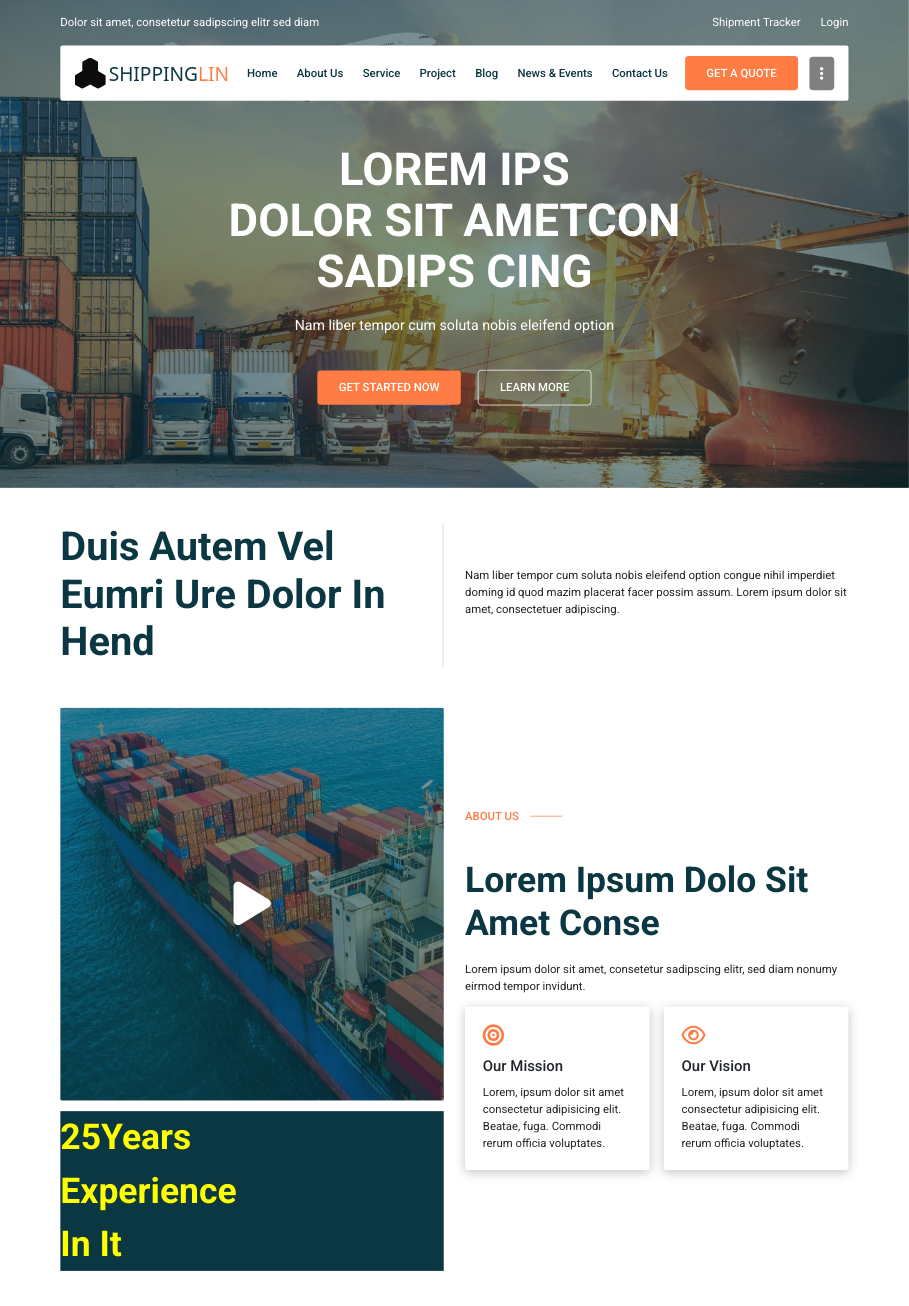
Repository: nazmulalok/shipping-template
Page: index.html
These files come from the project's save history. The page is drawn as it stood at one moment and after the next save; the edit follows.
The browser window is 1280 px wide. The pictures show the whole page, at 71% of full size.
Some web libraries are served in a nearby version.

Above is the page before, as saved 2022-10-08 18:56:53.

### index.html
<!DOCTYPE html>
<html lang="en">

    <head>
        <meta charset="UTF-8">
        <meta http-equiv="X-UA-Compatible" content="IE=edge">
        <meta name="viewport" content="width=device-width, initial-scale=1.0">
        <link rel="preconnect" href="https://fonts.googleapis.com">
        <link rel="preconnect" href="https://fonts.gstatic.com" crossorigin>
        <link
            href="https://fonts.googleapis.com/css2?family=Roboto:ital,wght@0,300;0,400;0,500;0,700;0,900;1,300;1,400;1,500;1,700;1,900&display=swap"
            rel="stylesheet">
        <link rel="stylesheet" href="https://cdnjs.cloudflare.com/ajax/libs/font-awesome/6.2.0/css/all.min.css"
            integrity="sha512-xh6O/CkQoPOWDdYTDqeRdPCVd1SpvCA9XXcUnZS2FmJNp1coAFzvtCN9BmamE+4aHK8yyUHUSCcJHgXloTyT2A=="
            crossorigin="anonymous" referrerpolicy="no-referrer" />
        <link rel="stylesheet" href="https://cdn.jsdelivr.net/npm/bootstrap@4.0.0/dist/css/bootstrap.min.css"
            integrity="sha384-Gn5384xqQ1aoWXA+058RXPxPg6fy4IWvTNh0E263XmFcJlSAwiGgFAW/dAiS6JXm" crossorigin="anonymous">
        <link rel="stylesheet" href="style.css">
        <title>Document</title>
    </head>

    <body>
        <header class="header-top">
            <div class="container">
                <div class="top-bar">
                    <p class="m-0">Dolor sit amet, consetetur sadipscing elitr sed diam</p>
                    <div>
                        <span class="mr-4">Shipment Tracker</span>
                        <span>Login</span>
                    </div>
                </div>
                <div class="header-area">
                    <div class="logo">
                        <img src="images/box.svg" alt="Logo Box" class="me-2">
                        <img src="images/shipping-logo.svg" alt="Shipping Logo">
                    </div>
                    <nav>
                        <ul>
                            <li><a href="#">Home</a></li>
                            <li><a href="#">About Us</a></li>
                            <li><a href="#">Service</a></li>
                            <li><a href="#">Project</a></li>
                            <li><a href="#">Blog</a></li>
                            <li><a href="#">News & Events</a></li>
                            <li><a href="#">Contact Us</a></li>
                        </ul>
                    </nav>
                    <div class="nav-btn">
                        <a class="common-btn mr-3" href="#">Get A Quote</a>
                        <i class="fa-solid fa-ellipsis-vertical"></i>
                    </div>
                </div>
            </div>
        </header>
        <!-- Slider -->
        <section>
            <div class="main-slider">
                <div class="container">
                    <div class="slide-content">
                        <div class="slide-text">
                            <div class="slider-title mb-4">Lorem ips<br>
                                dolor sit ametcon<br>
                                sadips cing</div>
                            <p>Nam liber tempor cum soluta nobis eleifend option</p>
                            <div class="sliderBtn mt-5"><a class="common-btn mr-4" href="#">Get Started Now</a><a
                                    class="common-btn outline-btn" href="#">Learn More</a></div>
                        </div>
                    </div>
                </div>
            </div>
        </section>
        <!-- Slider Ends -->
        <div class="common-sec">
            <div class="container">
                <div class="row align-items-center">
                    <div class="col-lg-6">
                        <h1 class="border-heading">Duis Autem Vel Eumri
                            Ure Dolor In Hend</h1>
                    </div>
                    <div class="col-lg-6">
                        <p class="ms-4">Nam liber tempor cum soluta nobis eleifend option congue nihil imperdiet doming
                            id quod mazim
                            placerat facer possim assum. Lorem ipsum dolor sit amet, consectetuer adipiscing.</p>
                    </div>
                </div>
                <div class="row align-items-center mt-5">
                    <div class="col-lg-6">
                        <div class="video-box img-box img-shadow">
                            <img src="images/ship-products.jpg" alt="Ship Products" />
                            <a data-fancybox="" href="" class="video-btn">
                                <i class="fa fa-play"></i>
                            </a>
                        </div>
                        <div class="exp-section">
                            <div class="title">
                                <span>25</span><span>Years <br>Experience <br>In It</span>
                            </div>
                        </div>
                    </div>
                    <div class="col-lg-6">
                        <span class="sp-title">About Us</span>
                        <h2 class="mb-4">Lorem Ipsum Dolo
                            Sit Amet Conse</h2>
                        <p>Lorem ipsum dolor sit amet, consetetur sadipscing elitr, sed diam nonumy eirmod tempor
                            invidunt.</p>
                        <div class="boxes">
                            <div class="common-box">
                                <div class="content">
                                    <i class="fa-solid fa-bullseye"></i>
                                    <div class="box-title">
                                        Our Mission
                                    </div>
                                    <p>Lorem, ipsum dolor sit amet consectetur adipisicing elit. Beatae, fuga. Commodi
                                        rerum
                                        officia voluptates.</p>
                                </div>
                            </div>
                            <div class="common-box">
                                <div class="content">
                                    <i class="fa-regular fa-eye"></i>
                                    <div class="box-title">
                                        Our Vision
                                    </div>
                                    <p>Lorem, ipsum dolor sit amet consectetur adipisicing elit. Beatae, fuga. Commodi
                                        rerum
                                        officia voluptates.</p>
                                </div>
                            </div>
                        </div>
                    </div>
                </div>
            </div>
        </div>














        <script src="https://code.jquery.com/jquery-3.2.1.slim.min.js"
            integrity="sha384-KJ3o2DKtIkvYIK3UENzmM7KCkRr/rE9/Qpg6aAZGJwFDMVNA/GpGFF93hXpG5KkN"
            crossorigin="anonymous"></script>
        <script src="https://cdn.jsdelivr.net/npm/popper.js@1.12.9/dist/umd/popper.min.js"
            integrity="sha384-ApNbgh9B+Y1QKtv3Rn7W3mgPxhU9K/ScQsAP7hUibX39j7fakFPskvXusvfa0b4Q"
            crossorigin="anonymous"></script>
        <script src="https://cdn.jsdelivr.net/npm/bootstrap@4.0.0/dist/js/bootstrap.min.js"
            integrity="sha384-JZR6Spejh4U02d8jOt6vLEHfe/JQGiRRSQQxSfFWpi1MquVdAyjUar5+76PVCmYl"
            crossorigin="anonymous"></script>
    </body>

</html>

### style.css
/* Common CSS Starts*/
*,
*::before,
*::after {
    box-sizing: border-box;
    margin: 0;
    padding: 0;
}

html {
    scroll-behavior: smooth;
}

:root {
    --main-color: #FF7D44;
    --secondary-color: #0B3742;
    --tertiary-color: #FFFFFF;
}

body {
    font-family: 'Roboto', sans-serif;
}

a.white-space {
    white-space: nowrap;
}

/* Common CSS Ends */

/* slider style starts */

.main-slider>* {
    z-index: 10;
}

.main-slider {
    background: url(images/shipping-banner.jpg);
    height: 700px;
    width: 100%;
    background-size: cover;
    background-repeat: no-repeat;
    background-position: center;
    position: relative;
    display: flex;
    align-items: center;
    transition: all 1s;
    margin-top: -155px;
    z-index: 50;
}

.main-slider:before {
    content: '';
    width: 100%;
    height: 100%;
    top: 0;
    left: 0;
    position: absolute;
    background-color: rgb(11 55 66 / 55%);
    z-index: 1;
}

.slide-content {
    text-align: center;
}

.slide-text {
    color: var(--tertiary-color);
    padding-top: 100px;
}

.slider-title {
    font-size: 4rem;
    font-weight: 600;
    line-height: 4.5rem;
    text-transform: uppercase;
}

.slide-text p {
    font-size: 20px;
}

a.common-btn {
    display: inline-block;
    text-decoration: none;
    color: var(--tertiary-color);
    background: var(--main-color);
    padding: 12px 30px;
    border-radius: 5px;
    font-size: 16px;
    font-weight: 500;
    text-transform: uppercase;
    transition: all 1s ease;
}

a.common-btn:hover {
    background: var(--tertiary-color);
    color: var(--secondary-color);
}

a.common-btn.outline-btn {
    background: transparent !important;
    border: 1px solid var(--tertiary-color);
}

a.common-btn.outline-btn:hover {
    background: var(--tertiary-color) !important;
}

/* Header style starts */

.header-top {
    z-index: 100;
    background: transparent;
    position: relative;
}

.top-bar,
.header-area {
    display: flex;
    justify-content: space-between;
    align-items: center;
    color: var(--tertiary-color);
}

.top-bar {
    padding: 20px 0px;
}

.header-area {
    background: var(--tertiary-color);
    padding: 15px 20px;
    border-radius: 3px;
}

nav ul {
    list-style-type: none;
    color: var(--secondary-color);
    display: flex;
    gap: 1.7rem;
    margin: 0;
}

nav ul a {
    color: var(--secondary-color);
    text-decoration: none;
    font-size: 16px;
    font-weight: 500;
    transition: all 0.5s;
}

nav ul a:hover {
    color: var(--main-color);
    transition: all 0.5s;
}

.nav-btn {
    align-items: center;
    display: flex;
}

.nav-btn i {
    color: var(--tertiary-color);
    font-size: 21px;
    background: gray;
    padding: 13px 15px;
    border-radius: 5px;
}

/* Headings Styles */

h1 {
    font-size: 56px;
}

h2 {
    font-size: 50px;
}

h3 {
    font-size: 44px;
}

h4 {
    font-size: 38px;
}

h5 {
    font-size: 32px;
}

h6 {
    font-size: 26px;
}

h1,
h2,
h3,
h4,
h5,
h6 {
    font-weight: 700;
    margin-bottom: 10px;
    color: var(--secondary-color);
}

/* Section Styles */

.py-50,
.common-sec {
    padding-top: 50px;
    padding-bottom: 50px;
}

.common-sec {
    position: relative;
    z-index: 0;
}

.common-sec:nth-child(even):before {
    content: "";
    position: absolute;
    width: 1000%;
    height: 100%;
    top: 50%;
    left: 50%;
    transform: translate(-50%, -50%);
    background-color: #f9f9f9;
    border-bottom: 1px solid #f6f6f6;
    z-index: -1;
}

/* Image box style */

.img-box {
    border-radius: 3px;
    transition: 0.5s;
    margin-bottom: 15px;
    text-align: center;
    position: relative;
}

.img-box img {
    border-radius: 3px;
}

.img-box:last-child {
    margin-bottom: 0;
}

figure.img-box img+figcaption {
    margin-top: 10px;
    text-align: left;
    padding: 10px;
    border-radius: 3px;
    box-shadow: -5px 5px 20px 0 rgb(0 0 0 / 5%);
}

.img-box.img-shadow:before {
    content: '';
    width: 100%;
    height: 100%;
    position: absolute;
    top: 0;
    left: 0;
    background-color: rgb(11 55 66 / 55%);
}

/* Video Box */

.video-box {
    position: relative;
}

.video-box img {
    border-radius: 3px;
    width: 100%;
}

.video-btn {
    position: absolute;
    text-align: center;
    color: var(--tertiary-color);
    font-size: 30px;
    border: none;
    left: 50%;
    top: 50%;
    -webkit-transform: translate(-50%, -50%);
    transform: translate(-50%, -50%);
    display: flex;
    justify-content: center;
    align-items: center;
    text-decoration: none !important;
    box-shadow: none;
    transition: 0.5s;
}

.video-btn .fa-play {
    color: var(--tertiary-color);
    position: relative;
    z-index: 99;
    -webkit-transition: color 0.5s;
    transition: 0.5s;
    text-decoration: none;
    line-height: 80px;
    font-size: 70px;
}

.video-btn:hover {
    color: inherit;
}

.video-btn:hover .fa-play {
    color: var(--main-color);
}

.video-btn:before,
.video-btn:after {
    display: none;
}

/* Common Box Styles */

.common-box {
    box-shadow: rgb(0 0 0 / 24%) 0px 3px 15px;
    height: 100%;
    background-color: #fff;
    border-radius: 3px;
    transition: all 0.5s ease;
}

.common-box>.img-box {
    margin-bottom: 0;
}

.common-box .common-heading:last-child,
.common-box p:last-child,
.common-box ul:last-child,
.common-box ul:last-child li:last-child,
.common-box .img-box:last-child {
    margin-bottom: 0;
}

.common-box>.content {
    padding: 25px;
}

/* Other CSS Starts */

.border-heading {
    border-right: 2px solid #E8E8E8;
}

.sp-title {
    display: flex;
    text-transform: uppercase;
    color: var(--main-color);
    font-weight: 500;
    align-items: center;
    margin-bottom: 3rem;
}

.sp-title:after {
    content: '';
    width: 20px;
    height: 1px;
    background: var(--main-color);
    flex: 0.1;
    margin-left: 1rem;
}

.boxes {
    display: grid;
    grid-template-columns: 1fr 1fr;
    grid-gap: 20px;
}

.common-box i {
    color: var(--main-color);
    font-size: 30px;
}

.common-box .box-title {
    font-size: 21px;
    font-weight: 500;
    margin: 10px 0px;
}

.common-box:hover {
    background-color: var(--main-color);
    color: var(--tertiary-color);
    transition: all 0.5s ease;
}

.common-box:hover i {
    color: var(--tertiary-color);
    transition: all 1s ease;
}

.exp-section {
    background: var(--secondary-color);
}

.exp-section .title {
    color: #FFFF00;
    font-size: 50px;
    font-weight: 600;
}

After the next save:
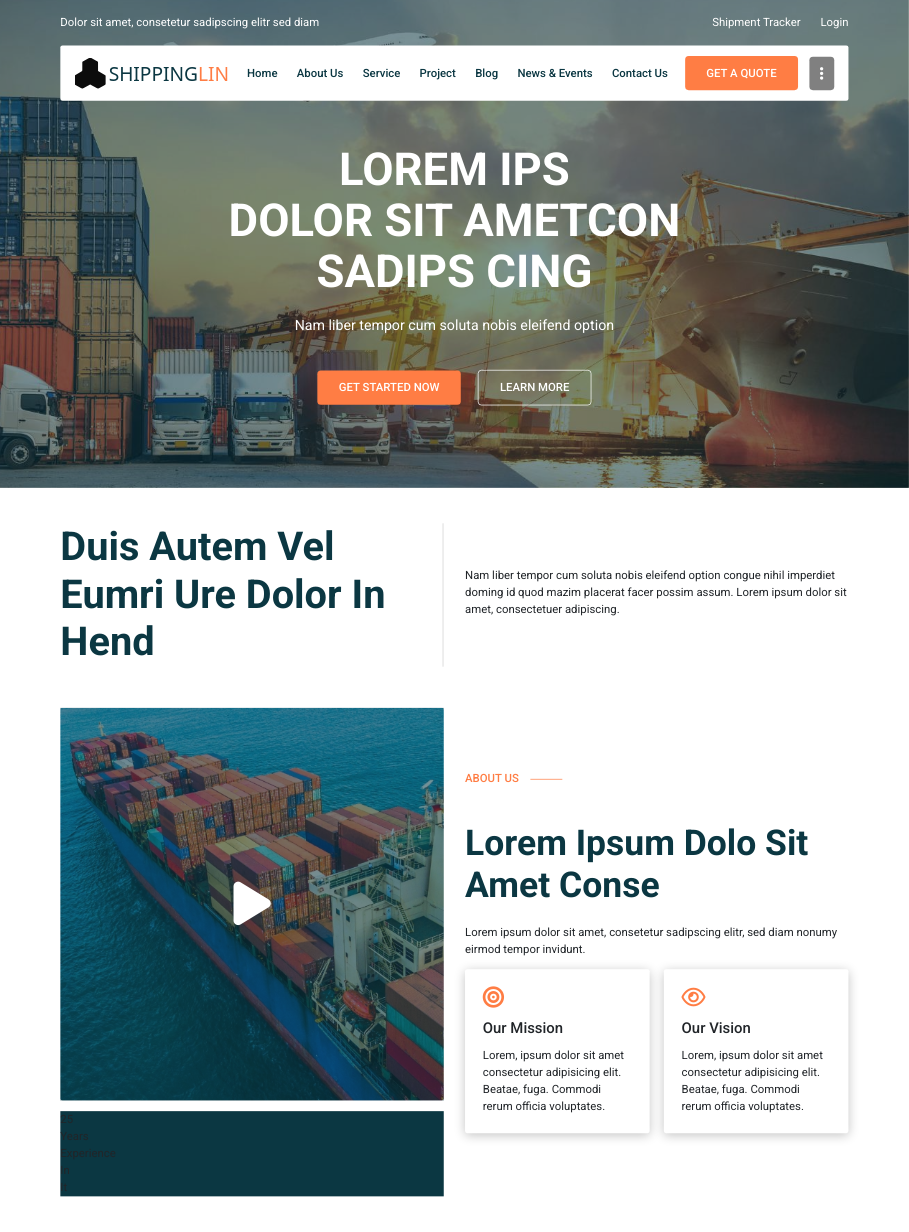
Saved 3 min 17 s later.
--- a/index.html
+++ b/index.html
@@ -92,8 +92,11 @@
                             </a>
                         </div>
                         <div class="exp-section">
-                            <div class="title">
-                                <span>25</span><span>Years <br>Experience <br>In It</span>
+                            <div class="exp-title">
+                                25
+                            </div>
+                            <div class="exp-paragraph">
+                                Years <br>Experience <br>In <br>It
                             </div>
                         </div>
                     </div>
